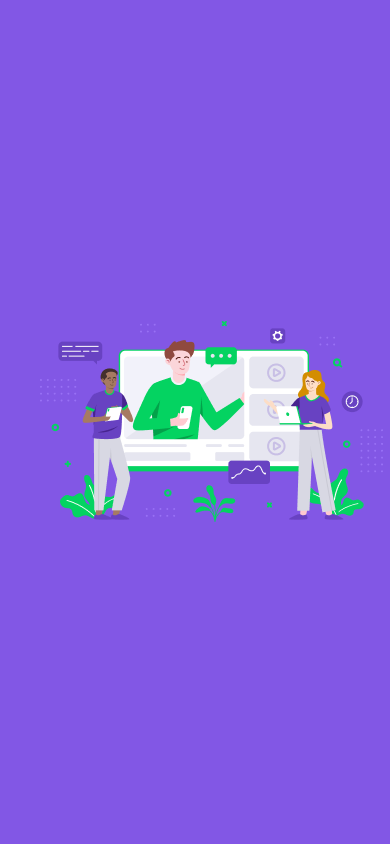
Repository: marciocamello/nlw-proffy-mobile
Screen: /
These files come from the project's save history. The screen is drawn as it stood at one moment and after the next save; the edit follows.
The app was drawn by React Native's web renderer in a window 390 px wide. The project was rebuilt for these pictures with package versions that can differ from the ones it lists, and the page was loaded fresh each time.

Above is the screen before, as saved 2020-08-06 09:00:20.

### App.tsx
import { StatusBar } from 'expo-status-bar';
import React from 'react';

import Landing from './src/pages/Landing';

export default function App() {
  return (
    <React.Fragment>
      <Landing />
      <StatusBar style="auto" />
    </React.Fragment>
  );
}

### src/pages/Landing/index.tsx
import React from 'react';
import { Image, View } from 'react-native';

import styles from './styles';

import landingImg from '../../assets/images/landing.png';

function Landing(){
  return (
    <View style={styles.container}>
      <Image source={landingImg} style={styles.banner}/>
    </View>
  );
}

export default Landing;

### src/pages/Landing/styles.ts
import { StyleSheet } from 'react-native';

const styles = StyleSheet.create({
  container: {
    flex: 1,
    backgroundColor: '#8257E5',
    justifyContent: 'center',
    padding: 40
  },
});

export default styles;

After the next save:
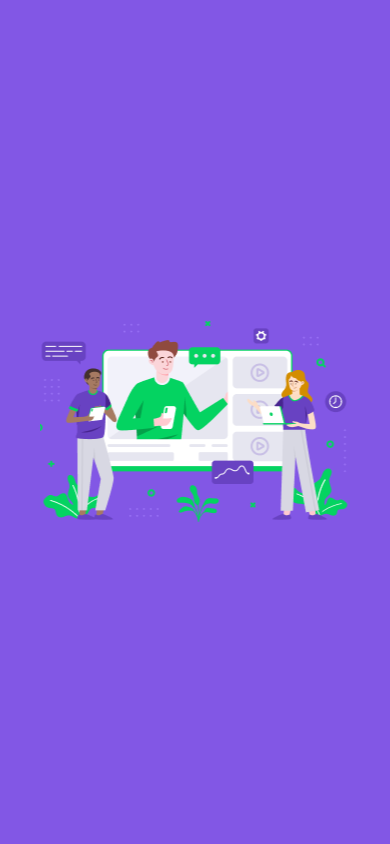
Saved 11 s later.
--- a/src/pages/Landing/styles.ts
+++ b/src/pages/Landing/styles.ts
@@ -7,6 +7,9 @@ const styles = StyleSheet.create({
     justifyContent: 'center',
     padding: 40
   },
+  banner: {
+    width: '100%'
+  }
 });
 
 export default styles;
